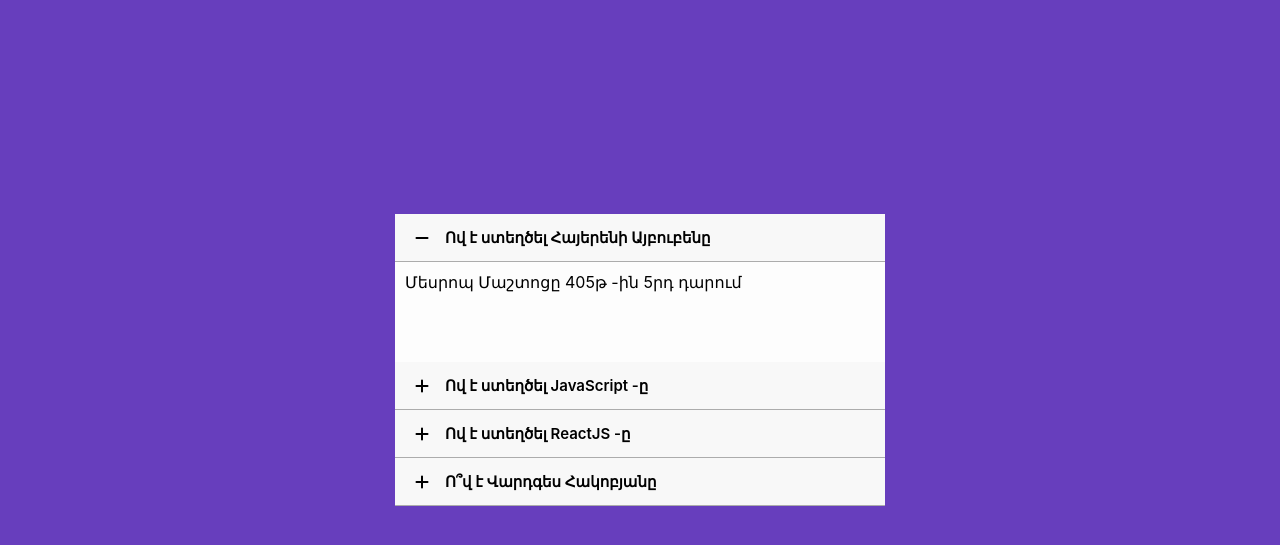
Repository: vardgeshakobyann/Accordion-ReactJS
Page: /, after clicking the first element matching `div.header`
An editor plug-in stored every save of this project. The page is shown before and after the next save, followed by the edit.
The browser window is 1280 px wide. The pictures show the whole page.
The project was rebuilt for these pictures with package versions that can differ from the ones it lists, and the page was loaded fresh each time.

Above is the page before, as saved 2025-06-11 09:44:59.

After the next save:
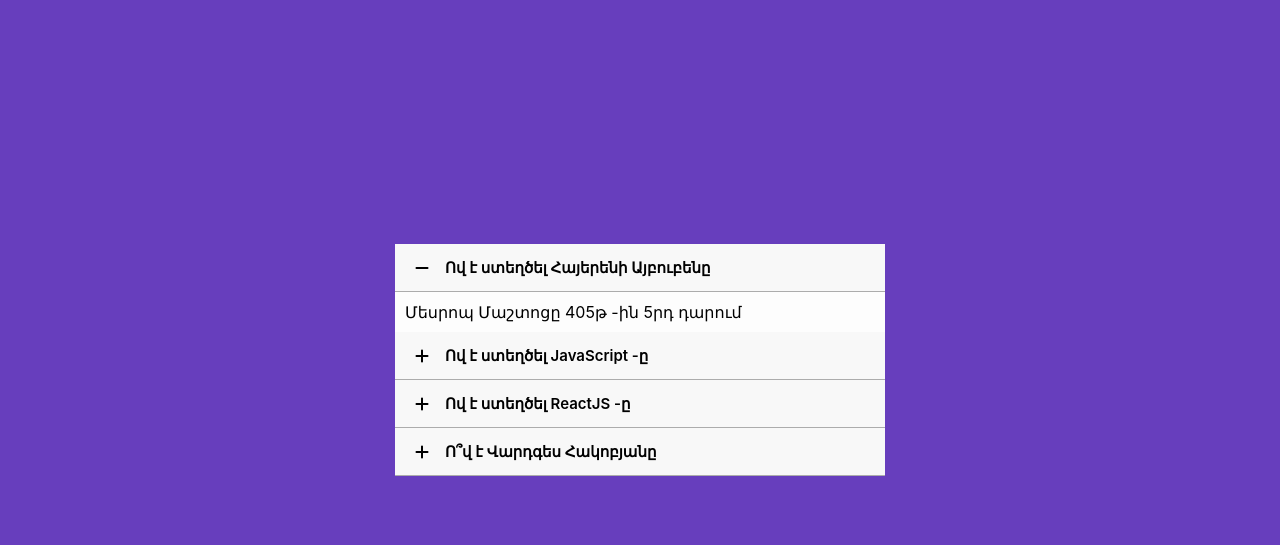
Saved 18 s later.
--- a/src/components/AccordionItem/accordionItem.css
+++ b/src/components/AccordionItem/accordionItem.css
@@ -30,7 +30,7 @@
 .accordionItem .bottom {
     display: none;
     width: 100%;
-    min-height: 100px;
+    min-height: 0px;
     background: #FDFDFD;
     padding: 10px;
     transition: all .5s;

After the 2 saves that followed:
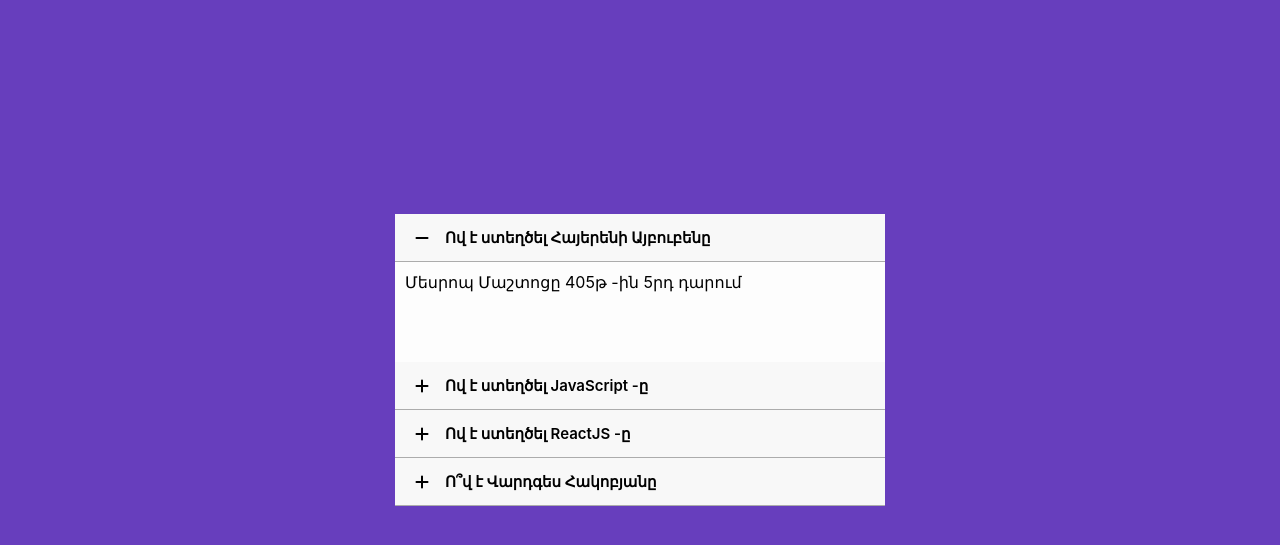
The 2 saves are shown as one change because they came seconds apart.
The last was saved 6 s later.
--- a/src/components/AccordionItem/accordionItem.css
+++ b/src/components/AccordionItem/accordionItem.css
@@ -30,7 +30,7 @@
 .accordionItem .bottom {
     display: none;
     width: 100%;
-    min-height: 0px;
+    min-height: 100px;
     background: #FDFDFD;
     padding: 10px;
     transition: all .5s;
